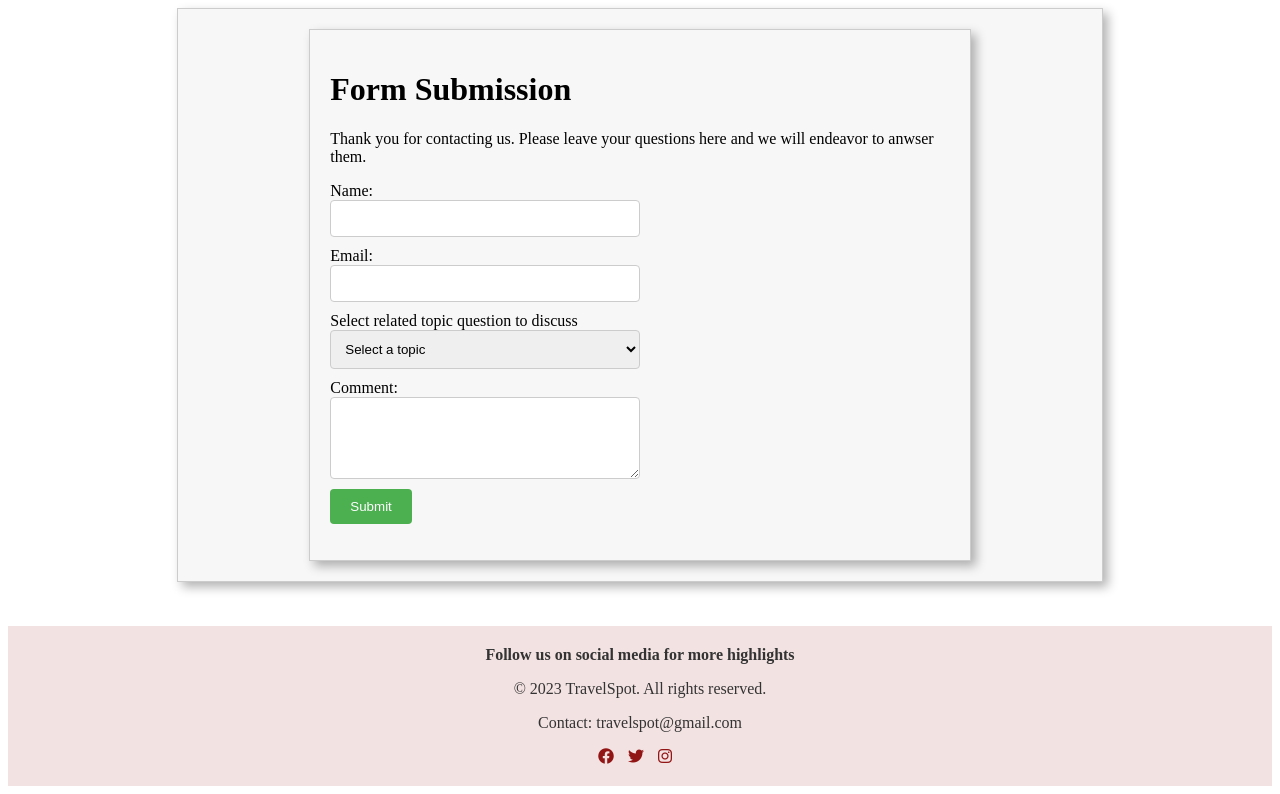
Repository: vRia4/INST728J-Victoria-Nathaniel
Page: Project/info.html
An editor plug-in stored every save of this project. The page is shown before and after the next save, followed by the edit.
The browser window is 1280 px wide. The pictures show the whole page.

Above is the page before, as saved 2023-08-11 16:01:31.

After the next save:
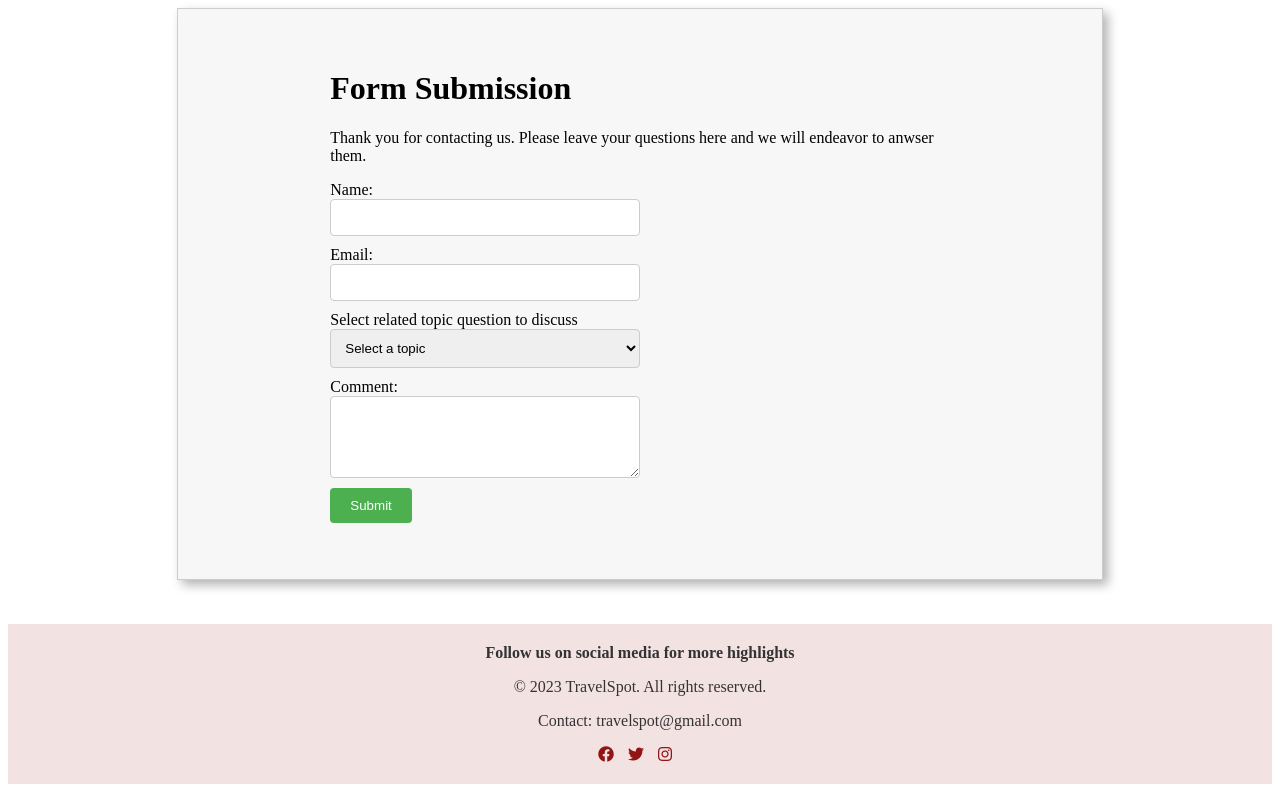
Saved 64 s later.
--- a/Project/info.html
+++ b/Project/info.html
@@ -85,9 +85,9 @@
             width: 70%;
             margin: 0 auto;
             padding: 20px;
-            border: 1px solid #ccc;
+            /* border: 1px solid #ccc;
             background-color: #f7f7f7;
-            box-shadow: 5px 5px 10px rgba(0, 0, 0, 0.3);
+            box-shadow: 5px 5px 10px rgba(0, 0, 0, 0.3); */
         }
 
         /* Styles for input fields */
